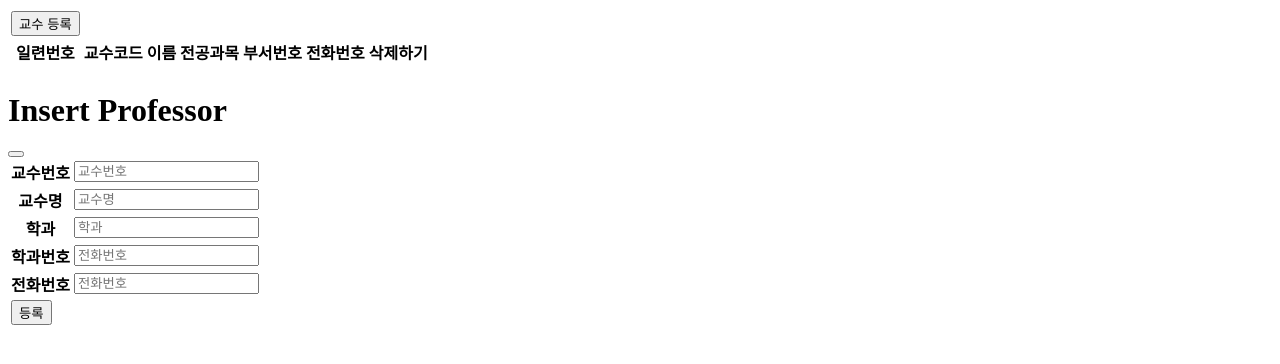
Repository: hoseolkim/restart
Page: http://localhost/HaksaManage/WEB-INF/views/staff/staffProffeserList.jsp
The author's editor kept a copy of each file at every save. The page is drawn from the files as they stood at one save, then again after the next save.
The browser window is 1280 px wide. The pictures show the whole page.
The page is served by Tomcat 9. Nobody is signed in. The template is opened directly, without the code that normally fills it, so the values that code supplies are empty.

Above is the page before, as saved 2023-10-05 16:25:50.
Console error: ReferenceError: $ is not defined

After the next save:
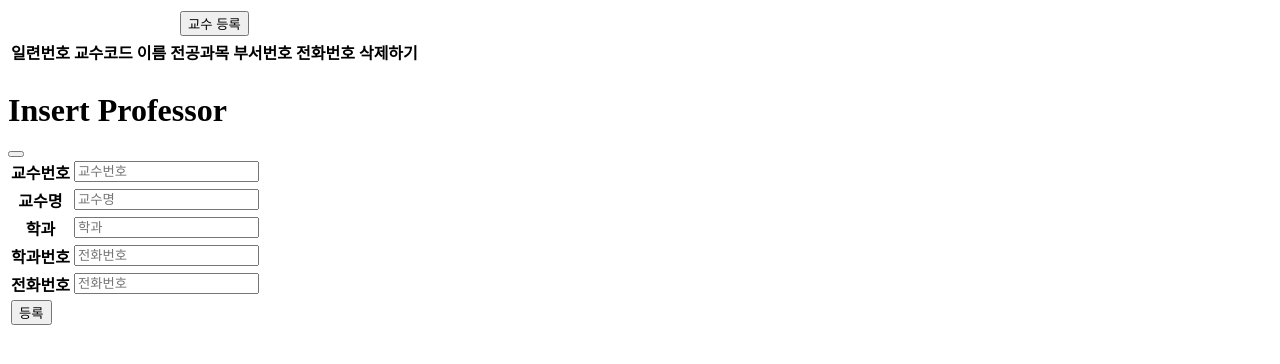
Saved 8 s later.
--- a/HaksaManage/src/main/webapp/WEB-INF/views/staff/staffProffeserList.jsp
+++ b/HaksaManage/src/main/webapp/WEB-INF/views/staff/staffProffeserList.jsp
@@ -9,7 +9,7 @@
 <div class="professorList">
 	<table class="table table-bordered">
 		<thead>
-			<tr ><th><button id="studentForm" class="btn btn-primary" data-bs-toggle="modal" data-bs-target="#exampleModal" >교수 등록</button></th></tr>
+			<tr ><th colspan="7"><button id="studentForm" class="btn btn-primary" data-bs-toggle="modal" data-bs-target="#exampleModal" >교수 등록</button></th></tr>
 			<tr>
 			<th>일련번호</th>
 			<th>교수코드</th>
